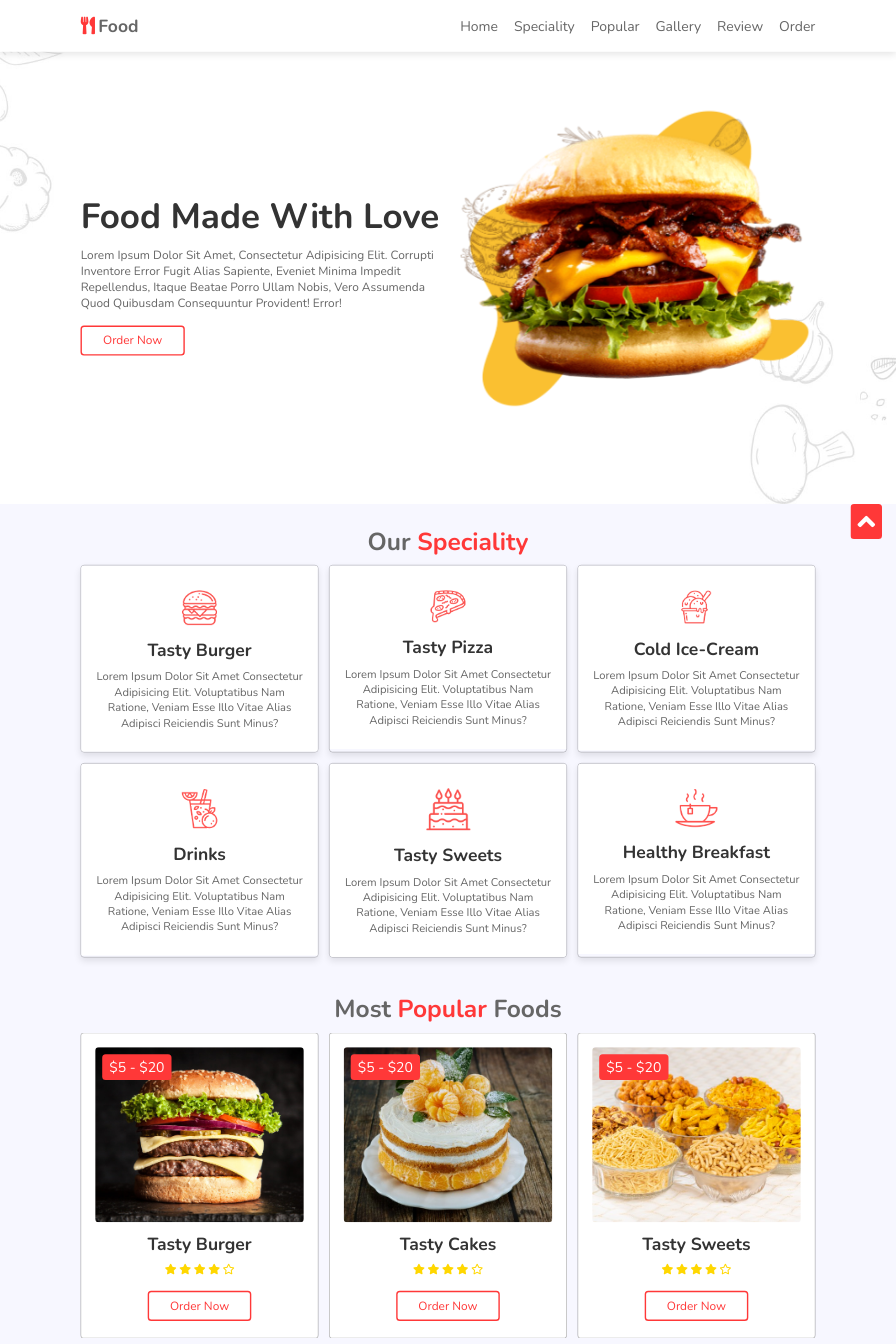
Repository: ManhTanVN/food
Page: index.html
The author's editor kept a copy of each file at every save. The page is drawn from the files as they stood at one save, then again after the next save.
The browser window is 1280 px wide. The pictures show the part of the page from y = 0 to 1920 px (the page is 4671 px tall), at 70% of full size.
The style sheet was rebuilt from its Sass, Less or Tailwind sources for each picture, by a compiler version that may differ from the author's.

Above is the page before, as saved 2021-08-29 22:03:19.

### index.html
<!DOCTYPE html>
<html lang="en">
<head>
    <meta charset="UTF-8">
    <meta http-equiv="X-UA-Compatible" content="IE=edge">
    <meta name="viewport" content="width=device-width, initial-scale=1.0">
    <title>Document</title>
    <!-- font awe-some CDN -->
    <link rel="stylesheet" href="https://cdnjs.cloudflare.com/ajax/libs/font-awesome/5.15.4/css/all.min.css">

    <!-- custom css -->
    <link rel="stylesheet" href="./assets/css/style.css">
</head>
<body>
    <!-- header section start -->
    <header>
        <a href="#" class="logo"><i class="fas fa-utensils"></i>food</a>
        <div id="menu-bar" class="fas fa-bars"></div>
        <nav class="navbar">
            <a href="#home">home</a>
            <a href="#speciality">speciality</a>
            <a href="#popular">popular</a>
            <a href="#gallery">gallery</a>
            <a href="#review">review</a>
            <a href="#order">order</a>
        </nav>
    </header>
    <!-- header section end -->

    <!-- home section starts -->
    <section class="home" id="home">
        <div class="home__content">
            <h3>food made with love</h3>
            <p>Lorem ipsum dolor sit amet, consectetur adipisicing elit. Corrupti inventore error fugit alias sapiente, eveniet minima impedit repellendus, itaque beatae porro ullam nobis, vero assumenda quod quibusdam consequuntur provident! Error!</p>
            <a href="#" class="btn">order now</a>
        </div>
        <div class="home__image">
            <img src="./assets/images/home-img.png" alt="">
        </div>


    </section>
    <!-- home section ends -->

    <!-- speciality section starts -->
    <section class="speciality" id="speciality">
        <h1 class="heading">our <span>speciality</span></h1>
        <div class="box-container">
            <div class="box">
                <img class="box__image" src="./assets/images/s-img-1.jpg" alt="">
                <div class="box__content">
                    <img src="./assets/images/s-1.png" alt="">
                    <h3>tasty burger</h3>
                    <p>Lorem ipsum dolor sit amet consectetur adipisicing elit. Voluptatibus nam ratione, veniam esse illo vitae alias adipisci reiciendis sunt minus?</p>
                </div>
            </div>
            <div class="box">
                <img class="box__image" src="./assets/images/s-img-2.jpg" alt="">
                <div class="box__content">
                    <img src="./assets/images/s-2.png" alt="">
                    <h3>tasty pizza</h3>
                    <p>Lorem ipsum dolor sit amet consectetur adipisicing elit. Voluptatibus nam ratione, veniam esse illo vitae alias adipisci reiciendis sunt minus?</p>
                </div>
            </div>
            <div class="box">
                <img class="box__image" src="./assets/images/s-img-3.jpg" alt="">
                <div class="box__content">
                    <img src="./assets/images/s-3.png" alt="">
                    <h3>cold ice-cream</h3>
                    <p>Lorem ipsum dolor sit amet consectetur adipisicing elit. Voluptatibus nam ratione, veniam esse illo vitae alias adipisci reiciendis sunt minus?</p>
                </div>
            </div>
            <div class="box">
                <img class="box__image" src="./assets/images/s-img-4.jpg" alt="">
                <div class="box__content">
                    <img src="./assets/images/s-4.png" alt="">
                    <h3>drinks</h3>
                    <p>Lorem ipsum dolor sit amet consectetur adipisicing elit. Voluptatibus nam ratione, veniam esse illo vitae alias adipisci reiciendis sunt minus?</p>
                </div>
            </div>
            <div class="box">
                <img class="box__image" src="./assets/images/s-img-5.jpg" alt="">
                <div class="box__content">
                    <img src="./assets/images/s-5.png" alt="">
                    <h3>tasty sweets</h3>
                    <p>Lorem ipsum dolor sit amet consectetur adipisicing elit. Voluptatibus nam ratione, veniam esse illo vitae alias adipisci reiciendis sunt minus?</p>
                </div>
            </div>
            <div class="box">
                <img class="box__image" src="./assets/images/s-img-6.jpg" alt="">
                <div class="box__content">
                    <img src="./assets/images/s-6.png" alt="">
                    <h3>healthy breakfast</h3>
                    <p>Lorem ipsum dolor sit amet consectetur adipisicing elit. Voluptatibus nam ratione, veniam esse illo vitae alias adipisci reiciendis sunt minus?</p>
                </div>
            </div>
        </div>
    </section>
    <!-- speciality section ends -->

    <!-- popular section starts -->
    <section class="popular" id="popular">
        <h1 class="heading">most <span>popular</span> foods</h1>
        <div class="box-container">
            <div class="box">
                <span class="box__price"> $5 - $20 </span>
                <img src="./assets/images/p-1.jpg" alt="">
                <h3>tasty burger</h3>
                <div class="box__star">
                    <i class="fas fa-star"></i>
                    <i class="fas fa-star"></i>
                    <i class="fas fa-star"></i>
                    <i class="fas fa-star"></i>
                    <i class="far fa-star"></i>
                </div>
                <a href="#" class="btn">order now</a>
            </div>
            <div class="box">
                <span class="box__price"> $5 - $20 </span>
                <img src="./assets/images/p-2.jpg" alt="">
                <h3>tasty cakes</h3>
                <div class="box__star">
                    <i class="fas fa-star"></i>
                    <i class="fas fa-star"></i>
                    <i class="fas fa-star"></i>
                    <i class="fas fa-star"></i>
                    <i class="far fa-star"></i>
                </div>
                <a href="#" class="btn">order now</a>
            </div>
            <div class="box">
                <span class="box__price"> $5 - $20 </span>
                <img src="./assets/images/p-3.jpg" alt="">
                <h3>tasty sweets</h3>
                <div class="box__star">
                    <i class="fas fa-star"></i>
                    <i class="fas fa-star"></i>
                    <i class="fas fa-star"></i>
                    <i class="fas fa-star"></i>
                    <i class="far fa-star"></i>
                </div>
                <a href="#" class="btn">order now</a>
            </div>
            <div class="box">
                <span class="box__price"> $5 - $20 </span>
                <img src="./assets/images/p-4.jpg" alt="">
                <h3>tasty cupcakes</h3>
                <div class="box__star">
                    <i class="fas fa-star"></i>
                    <i class="fas fa-star"></i>
                    <i class="fas fa-star"></i>
                    <i class="fas fa-star"></i>
                    <i class="far fa-star"></i>
                </div>
                <a href="#" class="btn">order now</a>
            </div>
            <div class="box">
                <span class="box__price"> $5 - $20 </span>
                <img src="./assets/images/p-5.jpg" alt="">
                <h3>cold drinks</h3>
                <div class="box__star">
                    <i class="fas fa-star"></i>
                    <i class="fas fa-star"></i>
                    <i class="fas fa-star"></i>
                    <i class="fas fa-star"></i>
                    <i class="far fa-star"></i>
                </div>
                <a href="#" class="btn">order now</a>
            </div>
            <div class="box">
                <span class="box__price"> $5 - $20 </span>
                <img src="./assets/images/p-6.jpg" alt="">
                <h3>cold ice-cream</h3>
                <div class="box__star">
                    <i class="fas fa-star"></i>
                    <i class="fas fa-star"></i>
                    <i class="fas fa-star"></i>
                    <i class="fas fa-star"></i>
                    <i class="far fa-star"></i>
                </div>
                <a href="#" class="btn">order now</a>
            </div>
        </div>

    </section>
    <!-- popular section ends -->

    <!-- Step section starts -->
    <section class="steps">
        <div class="box">
            <img src="./assets/images/step-1.jpg" alt="">
            <h3>choose your favorite food</h3>
        </div>
        <div class="box">
            <img src="./assets/images/step-2.jpg" alt="">
            <h3>free and fast delivery</h3>
        </div>
        <div class="box">
            <img src="./assets/images/step-3.jpg" alt="">
            <h3>easy payments methods</h3>
        </div>
        <div class="box">
            <img src="./assets/images/step-4.jpg" alt="">
            <h3>and finally, enjoy your food</h3>
        </div>
    </section>
    <!-- Step section ends -->

    <!-- Gallery section starts -->
    <section class="gallery" id="gallery">
        <h1 class="heading">our food <span>gallery</span></h1>
        <div class="box-container">
            <div class="box">
                <img src="./assets/images/g-1.jpg" alt="" class="box__image">
                <div class="box__content">
                    <h3>tasty food</h3>
                    <p>Lorem ipsum dolor sit amet consectetur adipisicing elit. At, quos.</p>
                    <a href="#" class="btn">order now</a>
                </div>
            </div>
            <div class="box">
                <img src="./assets/images/g-2.jpg" alt="" class="box__image">
                <div class="box__content">
                    <h3>tasty food</h3>
                    <p>Lorem ipsum dolor sit amet consectetur adipisicing elit. At, quos.</p>
                    <a href="#" class="btn">order now</a>
                </div>
            </div>
            <div class="box">
                <img src="./assets/images/g-3.jpg" alt="" class="box__image">
                <div class="box__content">
                    <h3>tasty food</h3>
                    <p>Lorem ipsum dolor sit amet consectetur adipisicing elit. At, quos.</p>
                    <a href="#" class="btn">order now</a>
                </div>
            </div>
            <div class="box">
                <img src="./assets/images/g-4.jpg" alt="" class="box__image">
                <div class="box__content">
                    <h3>tasty food</h3>
                    <p>Lorem ipsum dolor sit amet consectetur adipisicing elit. At, quos.</p>
                    <a href="#" class="btn">order now</a>
                </div>
            </div>
            <div class="box">
                <img src="./assets/images/g-5.jpg" alt="" class="box__image">
                <div class="box__content">
                    <h3>tasty food</h3>
                    <p>Lorem ipsum dolor sit amet consectetur adipisicing elit. At, quos.</p>
                    <a href="#" class="btn">order now</a>
                </div>
            </div>
            <div class="box">
                <img src="./assets/images/g-6.jpg" alt="" class="box__image">
                <div class="box__content">
                    <h3>tasty food</h3>
                    <p>Lorem ipsum dolor sit amet consectetur adipisicing elit. At, quos.</p>
                    <a href="#" class="btn">order now</a>
                </div>
            </div>
            <div class="box">
                <img src="./assets/images/g-7.jpg" alt="" class="box__image">
                <div class="box__content">
                    <h3>tasty food</h3>
                    <p>Lorem ipsum dolor sit amet consectetur adipisicing elit. At, quos.</p>
                    <a href="#" class="btn">order now</a>
                </div>
            </div>
            <div class="box">
                <img src="./assets/images/g-8.jpg" alt="" class="box__image">
                <div class="box__content">
                    <h3>tasty food</h3>
                    <p>Lorem ipsum dolor sit amet consectetur adipisicing elit. At, quos.</p>
                    <a href="#" class="btn">order now</a>
                </div>
            </div>
            <div class="box">
                <img src="./assets/images/g-9.jpg" alt="" class="box__image">
                <div class="box__content">
                    <h3>tasty food</h3>
                    <p>Lorem ipsum dolor sit amet consectetur adipisicing elit. At, quos.</p>
                    <a href="#" class="btn">order now</a>
                </div>
            </div>
        </div>
    </section>
    <!-- Gallery section ends -->

    <!-- review section starts -->
    <section class="review" id="review">
        <h1 class="heading">our customer <span>reviews</span></h1>
        <div class="box-container">

            <div class="box">
                <img src="./assets/images/pic1.png" alt="" class="box__image">
                <h3>john deo</h3>
                <div class="stars">
                    <i class="fas fa-star"></i>
                    <i class="fas fa-star"></i>
                    <i class="fas fa-star"></i>
                    <i class="fas fa-star"></i>
                    <i class="fas fa-star"></i>
                    <i class="far fa-star"></i>
                </div>
                <p>Lorem ipsum dolor sit amet consectetur adipisicing elit. Odio quia, similique quas tempore repellat ullam minima accusamus quos ratione maiores.</p>
            </div>
            <div class="box">
                <img src="./assets/images/pic2.png" alt="" class="box__image">
                <h3>john deo</h3>
                <div class="stars">
                    <i class="fas fa-star"></i>
                    <i class="fas fa-star"></i>
                    <i class="fas fa-star"></i>
                    <i class="fas fa-star"></i>
                    <i class="fas fa-star"></i>
                    <i class="far fa-star"></i>
                </div>
                <p>Lorem ipsum dolor sit amet consectetur adipisicing elit. Odio quia, similique quas tempore repellat ullam minima accusamus quos ratione maiores.</p>
            </div>
            <div class="box">
                <img src="./assets/images/pic3.png" alt="" class="box__image">
                <h3>john deo</h3>
                <div class="stars">
                    <i class="fas fa-star"></i>
                    <i class="fas fa-star"></i>
                    <i class="fas fa-star"></i>
                    <i class="fas fa-star"></i>
                    <i class="fas fa-star"></i>
                    <i class="far fa-star"></i>
                </div>
                <p>Lorem ipsum dolor sit amet consectetur adipisicing elit. Odio quia, similique quas tempore repellat ullam minima accusamus quos ratione maiores.</p>
            </div>

        </div>
    </section>
    <!-- review section ends -->

    <!-- order section starts -->
    <div class="order" id="order">
        <h1 class="heading"><span>order </span>now</h1>

        <div class="row">
            <div class="row__image">
                <img src="./assets/images/order-img.jpg" alt="">
            </div>
            <form action="" class="row__form">
                <div class="inputBox">
                    <input type="text" placeholder="name">
                    <input type="email" placeholder="email">
                </div>
                <div class="inputBox">
                    <input type="number" placeholder="number">
                    <input type="text" placeholder="food name">
                </div>

                <textarea placeholder="address" name="" id="" cols="30" rows="10"></textarea>

                <input type="submit" value="order now" class="btn">

            </form>
        </div>
    </div>
    <!-- order section ends -->

    <!-- footer section starts -->
    <section class="footer">
        <div class="share">
            <a href="#" class="btn">facebook</a>
            <a href="#" class="btn">twitter</a>
            <a href="#" class="btn">instagram</a>
            <a href="#" class="btn">pinterest</a>
            <a href="#" class="btn">linkein</a>
        </div>

        <h1 class="credit">created by <span> mr.Joseph </span>| all rights reserved</h1>
    </section>
    <!-- footer section ends -->

    <!-- scroll top button -->
    <a href="#home" class="fas fa-angle-up" id="scroll-top"></a>
    <!-- <i style="background-color: blue; font-size: 5rem;" class="fas fa-angle-up"></i> -->
    <!-- scroll top button -->

<!-- custom js -->
<script src="./assets/js/main.js"></script>
<!-- custom js -->
</body>
</html>

### sass/style.scss
@import url('https://fonts.googleapis.com/css2?family=Nunito:wght@200;300;400;600;700&display=swap');
@import './mixin';
@import './variables';
@import './animation';
@import './base';
@import './header';
@import './menu-bar';
@import './home';
@import './btn';
@import './speciality';
@import './popular';
@import './steps';
@import './gallery';
@import './review';
@import './order';
@import './footer';
@import './scroll-button';

@import './_media';

### sass/_mixin.scss
@mixin responsive($breakpoint) {
    @if $breakpoint == tablet {
        @media (max-width:991px) {@content}
    };

    @if $breakpoint == phone {
        @media (max-width: 768px) {@content}
    };

    @if $breakpoint == small {
        @media (max-width: 450px) {@content}
    };
}

### sass/_variables.scss
$color-red: #ff3838;

### sass/_animation.scss
@keyframes float {
    0%, 100% {
        transform: translateY(0rem)
    };

    50% {
        transform: translateY(03rem)
    }
}

### sass/_base.scss
* {
    font-family: 'Nunito', sans-serif;
    padding: 0; margin: 0;
    box-sizing: border-box;
    border: 0; outline: none;
    text-transform: capitalize;
    text-decoration: none;
    transition: all .2s linear;
}

*::selection {
    background: $color-red;
    color: #fff;
}

html {
    font-size: 62.5%;
    overflow-x: hidden;
    scroll-behavior: smooth;
    scroll-padding-top: 6rem;
    @include responsive (tablet) {
        font-size: 55%;
    }

    @include responsive (small) {
        font-size: 50%;

    }
}

body {
    background: #f7f7ff;
}

section {
    padding: 2rem 9%;
    @include responsive (tablet){
        padding: 2rem;
    }
}

### sass/_menu-bar.scss
#menu-bar {
    font-size: 3rem;
    cursor: pointer;
    color: #666;
    border: .1rem solid #666;
    border-radius: .3rem;
    padding: .5rem 1.5rem;
    display: none;

    @include responsive (phone) {
        display: initial;
    }

}

### sass/_home.scss
.home {
    display: flex;
    flex-wrap: wrap;
    gap: 1.5rem;
    min-height: 100vh;
    align-items: center;
    background: url(../assets/images/home-bg.jpg) no-repeat;
    // background: url(../assets/images/pic1.png);
    // background: gold;
    background-size: cover;
    background-position: center;

    &__content{
        flex: 1 1 40rem;
        padding-top: 6.5rem;

        & h3{
            font-size: 5rem;
            color: #333;
        }
        & p{
            font-size: 1.7rem;
            color: #666;
            padding: 1rem 0;
        }
    }
    &__image {
        flex: 1 1 40rem;

    }
    &__image img {
        width: 100%;
        padding: 1rem;
        animation: float 3s linear infinite;
    }
}

### sass/_btn.scss
.btn {
    display: inline-block;
    padding: .8rem 3rem;
    border: .2rem solid $color-red;
    color: $color-red;
    cursor: pointer;
    font-size: 1.7rem;
    border-radius: .5rem;
    position: relative;
    overflow: hidden;
    z-index: 0;
    margin-top: 1rem;
    &::after {
        content: "";
        position: absolute;
        top: 0;
        right: 0;
        width: 0;
        height: 100%;
        background: $color-red;
        transition: .2s linear;
        z-index: -1;
    }

    &:hover::after {
        width: 100%;
        left: 0;;
    }
    &:hover {
        color: #fff;
    }
}

### sass/_steps.scss
.steps {
    display: flex;
    flex-wrap: wrap;
    gap: 1.5rem;
    padding: 1rem;

    & .box {
        flex: 1 1 25rem;
        padding: 1rem;
        text-align: center;

        & img {
            border-radius: 50%;
            border: .1rem solid #fff;
            box-shadow: 0 .5rem 1rem rgba(0,0,0,.1);
        }

        & h3 {
            font-size: 3rem;
            color: #333;
            padding: 1rem;
        }
    }
}

### sass/_review.scss
.review{
    & .box-container {
        & .box {
            text-align: center;
            padding: 2rem;
            border: .1rem solid #fff;
            box-shadow: 0 .5rem 1rem rgba(0,0,0,.3);
            border-radius: .5rem;
            flex: 1 1 30rem;
            background: #333;
            margin-top: 6rem;
            &__image {
                width: 12rem;
                height: 12rem;
                border-radius: 50%;
                border: 1rem solid #fff;
                margin-top: -8rem;
                object-fit: cover;
            }

            & h3 {
                font-size: 2.5rem;
                color: #fff;
                padding: .5rem 0;
            }
            & .stars i {
                font-size: 2rem;
                color: $color-red;
                padding: .5rem 0;
            }

            & p {
                font-size: 1.5rem;
                color: #eee;
                padding: 1rem 0;
            }
        }
    }
}

### sass/_footer.scss
.footer {
    background: #000;
    text-align: center;

    & .share {
        display: flex;
        justify-content: center;
        gap: 1.5rem;
        flex-wrap: wrap;
    }

    & .credit {
        color: #fff;
        padding: 2.5rem 1rem;
        font-weight: normal;
        font-size: 2rem;
        & span {
            color: $color-red;
        }
    }
}

### sass/_scroll-button.scss
#scroll-top {
    position: fixed;
    top: 100%;
    right: 2rem;
    padding: .5rem 1rem;
    font-size: 4rem;
    background: $color-red;
    color: #fff;
    border-radius: .5rem;
    transition: 1s linear;
}

### sass/__media.scss
@media (max-width: 991px) {
    html {
    }
    header {

    }
}

@media (max-width: 768px) {


    .menu-bar {

    }
}

Loaded but not shown: assets/js/main.js (12 lines, source omitted); sass/_order.scss (62 lines, source omitted); sass/_speciality.scss (66 lines, source omitted); sass/_header.scss (62 lines, source omitted); sass/_gallery.scss (44 lines, source omitted); sass/_popular.scss (43 lines, source omitted)

After the next save:
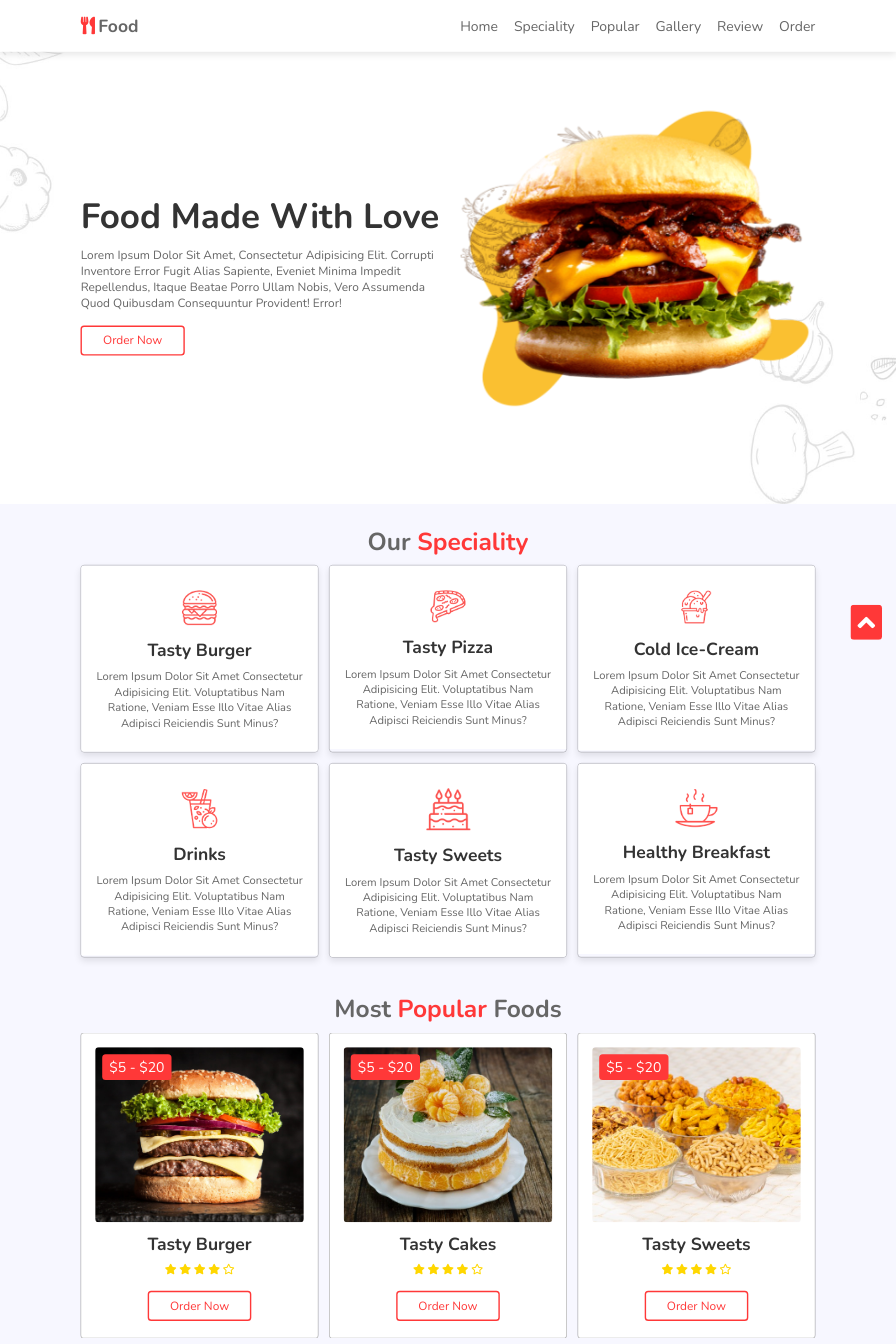
Saved 11 s later.
--- a/sass/_scroll-button.scss
+++ b/sass/_scroll-button.scss
@@ -1,6 +1,6 @@
 #scroll-top {
     position: fixed;
-    top: 100%;
+    top: 120%;
     right: 2rem;
     padding: .5rem 1rem;
     font-size: 4rem;
